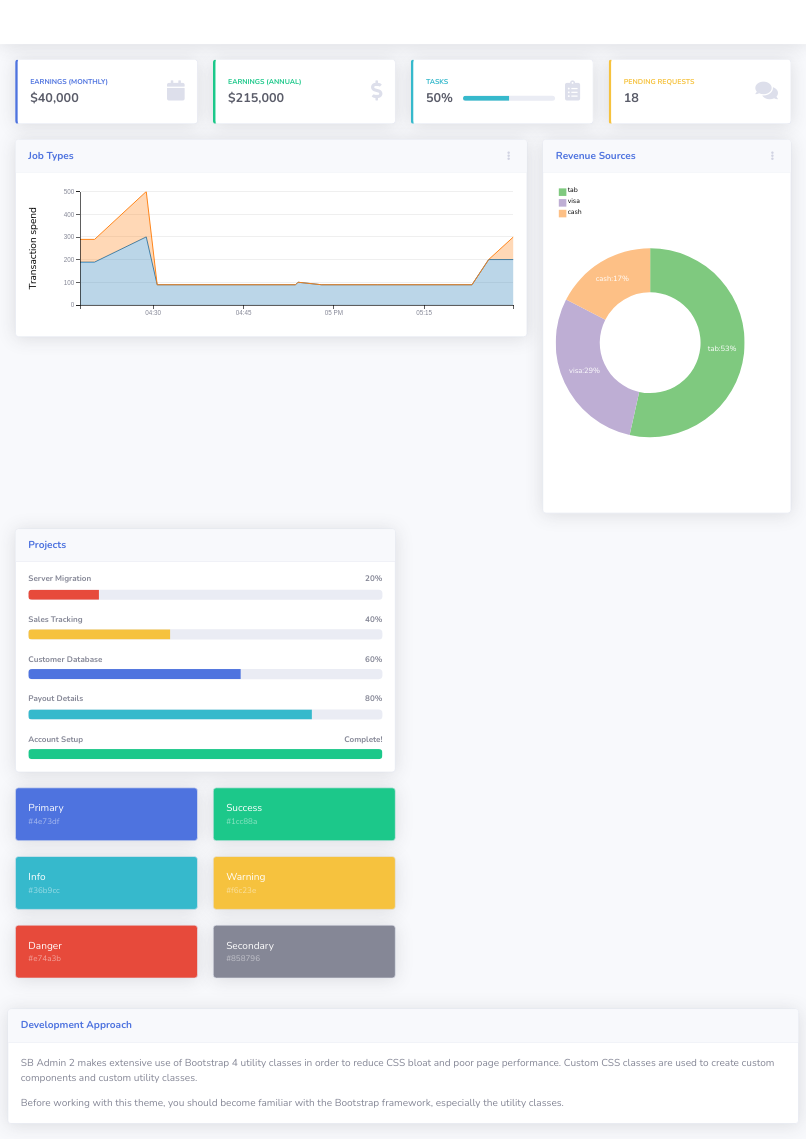
Repository: fLavery/NodeDashboard
Page: index.html
The author's editor kept a record of every edit. The page is drawn from the files as they stood at one moment, then again after the next edit.
The browser window is 1280 px wide. The pictures show the whole page, at 63% of full size.

Above is the page before.
Console error: TypeError: Cannot read properties of null (reading 'length')

After the next edit:
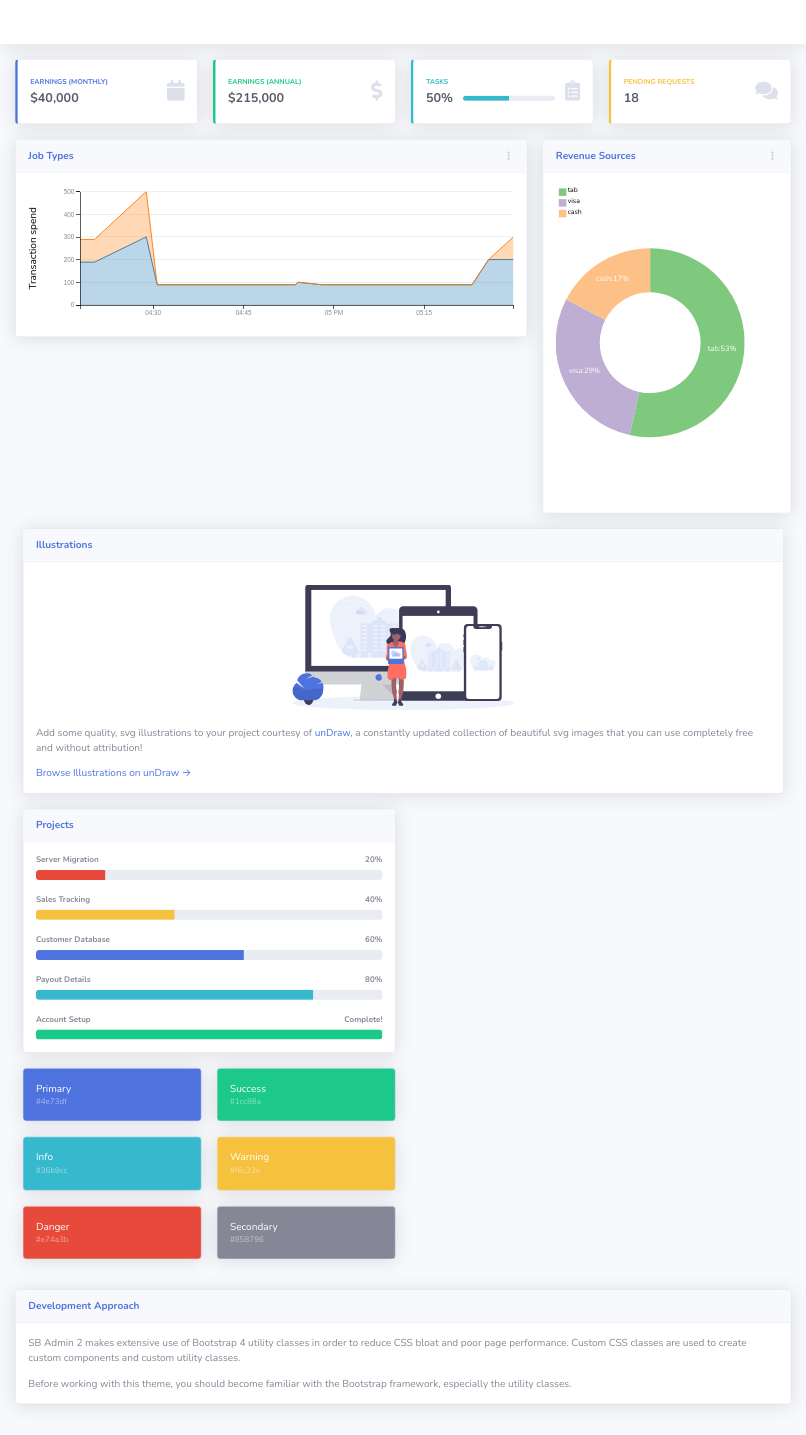
The edit:
--- a/index.html
+++ b/index.html
@@ -385,6 +385,24 @@
           </div>
         </div>
 
+        <div class="col-lg-12 mb-4">
+
+            <!-- Illustrations -->
+            <div class="card shadow mb-4">
+              <div class="card-header py-3">
+                <h6 class="m-0 font-weight-bold text-primary">Illustrations</h6>
+              </div>
+              <div class="card-body">
+                <div class="text-center">
+                  <img class="img-fluid px-3 px-sm-4 mt-3 mb-4" style="width: 25rem;" src="img/undraw_posting_photo.svg" alt="">
+                </div>
+                <p>Add some quality, svg illustrations to your project courtesy of <a target="_blank" rel="nofollow" href="https://undraw.co/">unDraw</a>, a constantly updated collection of beautiful svg images that you can use completely free and without
+                  attribution!
+                </p>
+                <a target="_blank" rel="nofollow" href="https://undraw.co/">Browse Illustrations on unDraw &rarr;</a>
+              </div>
+            </div>
+
         <!-- Content Row -->
         <div class="row">
 
